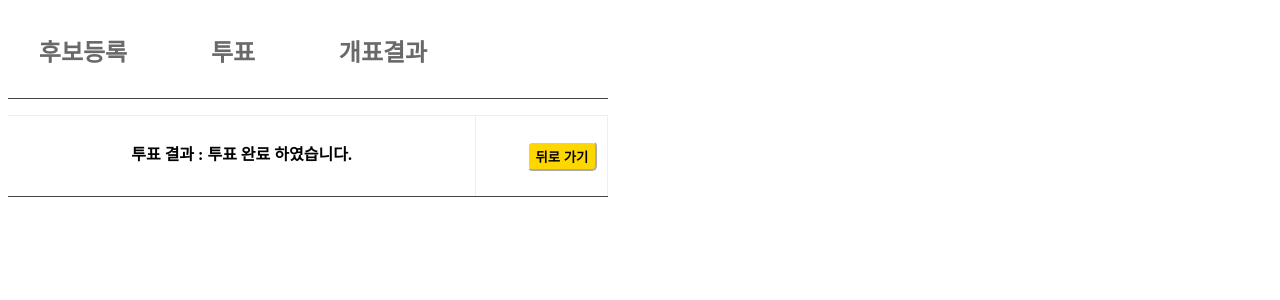
Repository: noheul1030/KOPO-HTML
Page: http://localhost/Tupyo/Tupyo/B_02_H.jsp
These files come from the project's save history. The page is drawn as it stood at one moment and after the next save; the edit follows.
The browser window is 1280 px wide. The pictures show the whole page.
The page is served by Tomcat 9. Queries for data that is not in the repository find no rows.

Above is the page before, as saved 2023-06-04 07:02:43.

After the next save:
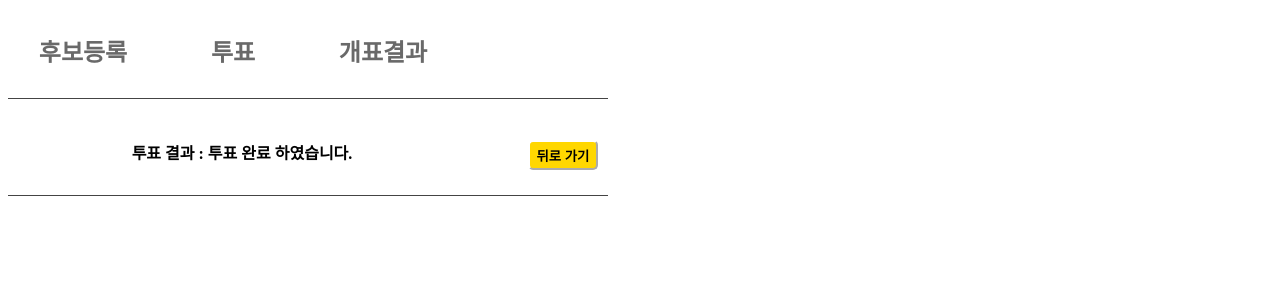
Saved 3 min 56 s later.
--- a/Tupyo/src/main/webapp/Tupyo/B_02_H.jsp
+++ b/Tupyo/src/main/webapp/Tupyo/B_02_H.jsp
@@ -73,7 +73,7 @@
 		</table>
 		</form>
 		<form method = 'post'>
-		<table border = 1>
+		<table>
 			<tr><td colspan="5"><h4>투표 결과 : 투표 완료 하였습니다.</h4></td>
 				<td align = right width = 22%>
 				<input class="fourth" type="submit" value="뒤로 가기" style="width: 70px; height: 30px; padding: 0px;font-weight: bold;" formaction = 'B_01_H.jsp'></td>
